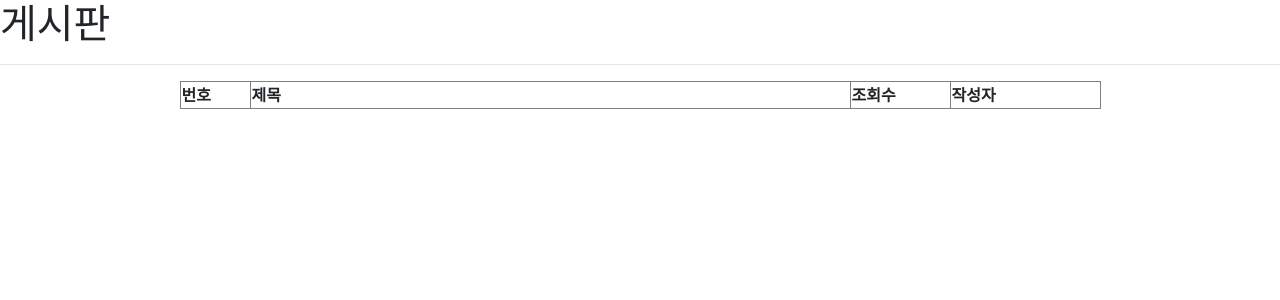
Repository: suhong99/SpringBootFront
Page: FrontSample/src/main/webapp/bbslist.html
These files come from the project's save history. The page is drawn as it stood at one moment and after the next save; the edit follows.
The browser window is 1280 px wide. The pictures show the whole page.
The page's requests for data from a server got no answer.

Above is the page before, as saved 2023-08-04 00:19:18.

### FrontSample/src/main/webapp/bbslist.html
<!DOCTYPE html>
<html>
<head>
<meta charset="UTF-8">
<title>Insert title here</title>
<meta name="viewport" content="width=device-width, initial-scale=1">
<link rel="stylesheet" href="https://cdn.jsdelivr.net/npm/bootstrap@4.6.2/dist/css/bootstrap.min.css">
<script src="https://cdn.jsdelivr.net/npm/jquery@3.6.3/dist/jquery.slim.min.js"></script>
<script src="https://cdn.jsdelivr.net/npm/popper.js@1.16.1/dist/umd/popper.min.js"></script>
<script src="https://cdn.jsdelivr.net/npm/bootstrap@4.6.2/dist/js/bootstrap.bundle.min.js"></script>

<script src="https://ajax.googleapis.com/ajax/libs/jquery/3.6.3/jquery.min.js"></script>

<script type="text/javascript" src="./jquery/jquery.twbsPagination.min.js"></script>

<style type="text/css">
.table th, .table td { text-align: center; vertical-align: middle!important; }
</style>
</head>
<body>
<h1>게시판</h1>
<hr>
<div align="center">

<table border="1">
<colgroup>
	<col width="70"/><col width="600"/><col width="100"/><col width="150"/>
</colgroup>

<thead>
<tr>
	<th>번호</th><th>제목</th><th>조회수</th><th>작성자</th>
</tr>
</thead>

<tbody id="bbslist">
</tbody>

</table>
</div>

<script type="text/javascript">
$(document).ready(function () {
	bbslist();
});

function bbslist(){
		 $.ajax({
		url:"http://localhost:3000/bbslist",
		type:"get",
		data:{ choice:"", search:"", pageNumber:0 },
		success:function(bbsjson){
			// alert('success');
			// alert(JSON.stringify(bbsjson));

			for(let i = 0;i < bbsjson.length; i++){
				let str = "<tr>";
				str += "<td>" + (i + 1) + "</td>";
				if(bbsjson[i].del == 0){
					str += "<td>" + bbsjson[i].title + "</td>";
				}else{
					str += "<td><font color='#ff0000'>*이 글은 작성자에 의해서 삭제되었습니다*</font></td>";
				}
				str += "<td>" + bbsjson[i].readcount + "</td>";
				str += "<td>" + bbsjson[i].id + "</td>";
				$("#bbslist").append(str);
			}
		},
		error:function(){
			alert('error');
		}
});
}

</script>


</body>
</html>

Loaded but not shown: FrontSample/src/main/webapp/jquery/jquery.twbsPagination.min.js (library)

After the next save:
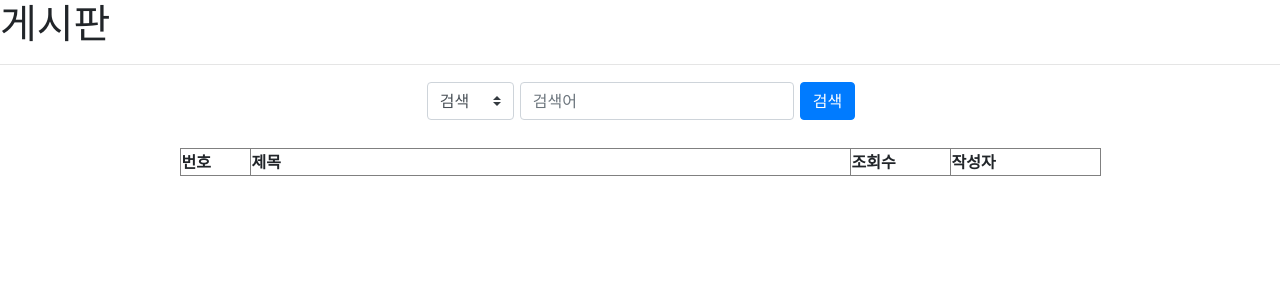
Saved 94 s later.
--- a/FrontSample/src/main/webapp/bbslist.html
+++ b/FrontSample/src/main/webapp/bbslist.html
@@ -21,7 +21,28 @@
 <h1>게시판</h1>
 <hr>
 <div align="center">
+<table style="margin-left: auto; margin-right: auto; margin-top: 3px; margin-bottom: 3px">
+<tr>
+<td style="padding-left: 3px">
+<select class="custom-select" id="choice" name="choice">
+<option selected>검색</option>
+<option value="title">제목</option>
+<option value="content">내용</option>
+<option value="writer">작성자</option>
+</select>
+</td>
+<td style="padding-left: 5px" class="align-middle">
+<input type="text" class="form-control" id="search" name="search" onkeyup="enterKeyEvent()" placeholder="검색어" value="">
+</td>
+<td style="padding-left: 5px">
+<span>
+<button type="button" class="btn btn-primary" onclick="searchBtn()">검색</button>
+</span>
+</td>
+</tr>
+</table>
 
+<br>
 <table border="1">
 <colgroup>
 	<col width="70"/><col width="600"/><col width="100"/><col width="150"/>
